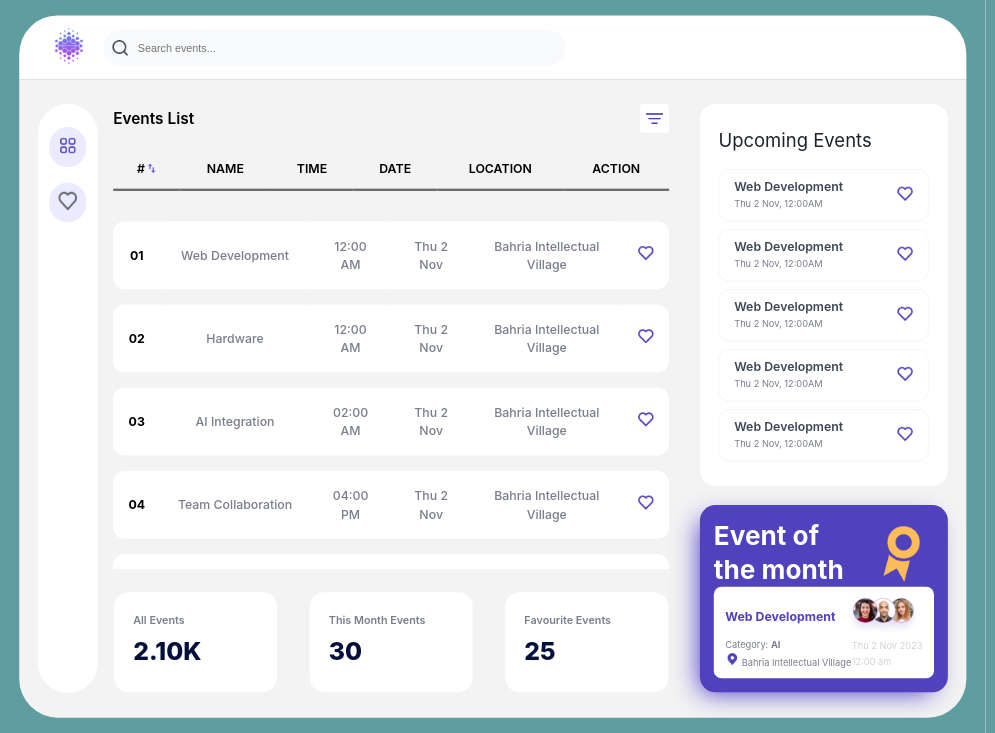
Repository: ahmadunitedsol710/react-dashboard
Page: /, after clicking the first element matching `tr.body_row`
An editor plug-in stored every save of this project. The page is shown before and after a run of saves, followed by the edit.
The browser window is 1280 px wide. The page is 1280 px wide, then 1292 px, so the pictures cover 1292 px, including what lies to the right of the window. The pictures show the whole page, at 77% of full size.
An inner scrolling area shows only its first screen. The project was rebuilt for these pictures with package versions that can differ from the ones it lists, and the page was loaded fresh each time.

Above is the page before, as saved 2024-08-01 16:57:54.

### src/App.js
// import {BrowserRouter as Router, Routes, Route} from 'react-router-dom';
import Header from './Components/Header/index';
import Events from './Components/Body/Events';
import './App.css';

function App() {
  return (
    <div className="App container">
    {/* <Router>
      <Routes>
          <Route path="/" exact element={<Header/>}/>
      </Routes>
    </Router> */}
    <Header/>
    <Events/>
    </div>
  );
}

export default App;

### src/Components/Header/index.js
import '../../App.css';
import logo from '../../Images/logo.png'

const Index = () => {

    return (
        <>
            <div className="header">
                <div className="logo">
                    <img src={logo} alt="logo" />
                </div>
                <div className="search_box">
                    <input type="search"  name="search" placeholder='Search events...' className='srch'/>
                </div>
            </div>
        </>
    )
}

export default Index;

### src/Components/Body/Events.js
import '../../App.css';
import Sidebar from './Sidebar';
import List from './Eventlist';
import Upcommingevent from './Upcomingevent';
import Monthlyevent from './Monthlyevent'
import { useEffect, useState } from 'react';

const Events = () => {
    const [showfav, setshowfav] = useState(false)
    const tabledata = [
        {id:"01",name:"Web Development",time:'12:00 AM',date:"Thu 2 Nov",location:"Bahria Intellectual Village"},

        {id:"02",name:"Hardware",time:'12:00 AM',date:"Thu 2 Nov",location:"Bahria Intellectual Village"},

        {id:"03",name:"AI Integration",time:'02:00 AM',date:"Thu 2 Nov",location:"Bahria Intellectual Village"},

        {id:"04",name:"Team Collaboration",time:'04:00 PM',date:"Thu 2 Nov",location:"Bahria Intellectual Village"},

        {id:"05",name:"Front End Development",time:'06:00 PM',date:"Thu 2 Nov",location:"Bahria Intellectual Village"},

        {id:"06",name:"Front End Development",time:'06:00 PM',date:"Thu 2 Nov",location:"Bahria Intellectual Village"},

        {id:"07",name:"Front End Development",time:'06:00 PM',date:"Thu 2 Nov",location:"Bahria Intellectual Village"},

        {id:"08",name:"Front End Development",time:'06:00 PM',date:"Thu 2 Nov",location:"Bahria Intellectual Village"}
   ]

   const [storedData, setStoredData] = useState([])
   useEffect(()=>{
    setStoredData(localStorage.getItem("favourite") ? JSON.parse([localStorage.getItem("favourite")]) : [])
   }, [])

   const eventdata = [
    {id:1, name:"Web Development",date_time:'Thu 2 Nov, 12:00AM'},
    {id:2, name:"Web Development",date_time:'Thu 2 Nov, 12:00AM'},
    {id:3, name:"Web Development",date_time:'Thu 2 Nov, 12:00AM'},
    {id:4, name:"Web Development",date_time:'Thu 2 Nov, 12:00AM'},
    {id:5, name:"Web Development",date_time:'Thu 2 Nov, 12:00AM'},
    {id:6, name:"Web Development",date_time:'Thu 2 Nov, 12:00AM'},
    {id:7, name:"Web Development",date_time:'Thu 2 Nov, 12:00AM'},
    {id:8, name:"Web Development",date_time:'Thu 2 Nov, 12:00AM'},
    {id:9, name:"Web Development",date_time:'Thu 2 Nov, 12:00AM'}
]

   const [storedList, setStoredList] = useState([])
   useEffect(()=>{
    setStoredList(localStorage.getItem("list") ? JSON.parse([localStorage.getItem("list")]) : [])
   }, [])



    return (
        <>
            <div className="events">
                <div className='parent_block'>
                    <Sidebar setshowfav={setshowfav}/>
                    <List showfav={showfav} favdata={storedData} tabledata={tabledata} setStoredData={setStoredData}/>

                     <div className='child_block'>
                        <Upcommingevent showfav={showfav} favdata={storedList} eventdata={eventdata} setStoredList={setStoredList}/>
                        {!showfav && <Monthlyevent/> }
                    </div>

                </div>
            </div>
        </>
    )
}

export default Events;

### src/App.css
body {
  background-color: cadetblue;
}

.container {
  max-width: 1440px;
  margin: 20px auto;
  padding: 0 25px;
  box-sizing: border-box;
}

.App-logo {
  height: 40vmin;
  pointer-events: none;
}

@media (prefers-reduced-motion: no-preference) {
  .App-logo {
    animation: App-logo-spin infinite 20s linear;
  }
}

.App-header {
  background-color: #282c34;
  min-height: 100vh;
  display: flex;
  flex-direction: column;
  align-items: center;
  justify-content: center;
  font-size: calc(10px + 2vmin);
  color: white;
}

.App-link {
  color: #61dafb;
}

@keyframes App-logo-spin {
  from {
    transform: rotate(0deg);
  }
  to {
    transform: rotate(360deg);
  }
}

::-webkit-scrollbar {
  width: 5px;
}

/* Track */
::-webkit-scrollbar-track {
  box-shadow: inset 0 0 5px grey;
  border-radius: 10px;
}

/* Handle */
::-webkit-scrollbar-thumb {
  background: #D9D9D9;
  border-radius: 10px;
}

/* Handle on hover */
::-webkit-scrollbar-thumb:hover {
  background: #6e6e6e;
}


/* Header */
.header { display: flex; justify-content: center; align-items: center; gap: 20px; background-color: #ffffff; padding: 15px 40px; border-radius: 50px 50px 0 0; }

.header .search_box { position: relative; width: 100%; }

.header .search_box .srch { background-image: url(./Images/Search.png); background-repeat: no-repeat; background-color: #F9FAFC; background-position: 10px center; border: none; padding: 13px 45px; width: 600px; border-radius: 50px; font-size: 14px; font-weight: 400; color: #3D4756; line-height: 22px; }


/* Events */
.events { background-color: #f3f3f3; padding: 32px 24px; box-sizing: border-box; border-radius: 0 0 50px 50px; }

.events .parent_block { display: flex; gap: 20px; justify-content: space-between; }

.events .parent_block .child_block { max-width: 380px; width: 100%; }

/* Sidebar */
.sidebar { display: flex; flex-direction: column; background-color: #ffffff; max-width: 80px; padding: 30px 15px; box-sizing: border-box; border-radius: 40px; }

.image { background-color: #ECEAFF; margin-bottom: 20px; border-radius: 25px; }

.sidebar_img { width: 24px; height: 24px; padding: 12px; }

/* Event list */
.event_details { /*max-width: 850px; */ width: calc(100% - 460px); }

.event_details .evenlist .main { display: flex; justify-content: space-between; align-items: center; }

.event_details .evenlist .main .heading { font-size: 20px; font-weight: 600; line-height: 30px; margin: 0; }

.event_details .evenlist .main .filter { background-color: #ffffff; padding: 5px; border-radius: 5px; box-sizing: border-box; }

table { border-collapse: separate; border-spacing: 0 20px;  width: 100%}

.tbody_container { overflow-y: auto; max-height: 470px; }

th { text-align: center; font-size: 16px; font-weight: 600; line-height: 22px; padding: 15px 20px; box-sizing: border-box; border-bottom: 3px solid #6a6a6a; }

.index { font-size: 16px; font-weight: bolder; line-height: 24px; }

.body_row td { background-color: #ffffff; padding: 20px; text-align: center; }

.body_row td:first-child { border-radius: 15px 0 0 15px; }

.body_row td:last-child { border-radius: 0 15px 15px 0; }

.body_row .details { font-size: 16px; font-weight: 500; line-height: 24px; color: #797d8c; }

.cards { display: flex; align-items: center; gap: 40px; margin-top: 30px; }

.cards .all_events, .cards .this_month, .cards .fav_events { background-color: #ffffff; border-radius: 20px; border: 1px solid #f3f3f3; width: 260px; padding: 25px 25px 33px; box-sizing: border-box; }

.cards .text { color: #797d8c; font-size: 14px; font-weight: 600; line-height: 22px; margin: 0; }

.cards .title { font-size: 32px; line-height: 40px; font-weight: 800; margin: 10px 0 0; color: #04103b; }



/* Upcoming events */
.upcomingevents { background-color: #ffffff; border-radius: 20px; padding: 32px 24px; box-sizing: border-box; }

.upcomingevents .title { font-size: 24px; line-height: 32px; font-weight: 400; color: #1e232a; margin: 0 0 20px; }

.upcomingevents .events_list { margin: 0; padding: 0; height: 380px; overflow-y: auto; }

.upcomingevents .events_list .event { border: 1px solid #f3f3f3; list-style-type: none; border-radius: 15px; padding: 10px 20px; display: flex; align-items: center; justify-content: space-between; margin-bottom: 10px; }

.upcomingevents .events_list .event:last-child { margin-bottom: 0; }

.upcomingevents .events_list .event .event_title { font-size: 16px; font-weight: 600; line-height: 22px; color: #3d4756; margin: 0; }

.upcomingevents .events_list .event .event_date_time { font-size: 12px; font-weight: 400; line-height: 24px; color: #797D8C; margin: 0; }


/* Monthly event */
.monthly_event { background-color: #5041bc; color: #ffffff; padding: 18px; box-sizing: border-box; border-radius: 20px; margin-top: 25px; box-shadow: -10px 10px 33px -10px #4533C9; }

.monthly_event .upper_part { display: flex; justify-content: space-between; align-items: center; }

.monthly_event .upper_part .heading { max-width: 180px; margin: 0; font-size: 34px; font-weight: 700; line-height: 44px; }

.bottom_part { background-color: #ffffff; color: #5041BC; border-radius: 10px; padding: 10px 15px; }

.bottom_part .first_row, .bottom_part .second_row { display: flex; justify-content: space-between; align-items: center; }

.bottom_part .first_row .course_title { margin: 0; font-size: 16px; font-weight: 700; line-height: 26px; }

.bottom_part .second_row { font-size: 12px; font-weight: 400; line-height: 20px; }

.bottom_part .second_row .cat_loc { color: #797D8C; }

.bottom_part .second_row .date_time { color: #D2D2D2; }

### src/Components/Body/Sidebar.js
import '../../App.css';
import grid from '../../Images/grid.png';
import favourite from '../../Images/fav.png'

const sidebar = ({setshowfav}) => {

    return (
        <>
            <div className="sidebar">
                <div className="image">
                    <img src={grid} alt="grid" className='sidebar_img' onClick={()=>setshowfav(false)}/>
                </div>
                <div className="image">
                    <img src={favourite} alt="favourite" className='sidebar_img' onClick={()=>setshowfav(true)}/>
                </div>
            </div>
        </>
    )
}

export default sidebar;

### src/Components/Body/Eventlist.js
import '../../App.css';
import swap from '../../Images/swap.png';
import emptyfav from '../../Images/empty_fav.png'
import fillfav from '../../Images/fill_fav.png'
import filter from '../../Images/filter.png'
import { useEffect, useState } from 'react';
import Detailpopup from './Detailpopup';

const Eventlist = ({showfav, favdata, tabledata, setStoredData}) => {
    const [showModal, setShowModal] = useState(false)


    const add_fav = (data) => {
        const isFav = favdata.some(favitem => favitem.id === data.id)

        if (isFav) {
            // setStoredData(favdata.filter(favitem => favitem.id !== data.id));
            const updatedFavData = favdata.filter(favItem => favItem.id !== data.id);
            setStoredData(updatedFavData);
            localStorage.setItem("favourite", JSON.stringify(updatedFavData))

            console.log("else 1")
        }
        else {
            const updatedFavData = [...favdata, data];
            setStoredData(updatedFavData);
            localStorage.setItem("favourite", JSON.stringify(updatedFavData))
            console.log("else 2")
        }
    };

       const all_events = {text:"All Events", title:"2.10K"}
       const this_month = {text:"This Month Events", title:"30"}
       const fav_events = {text:"Favourite Events", title:"25"}
    return (
        <>
            <div className="event_details">
                <div className="evenlist">
                    <div className="main">
                        <h2 className='heading'>Events List</h2>
                        <img src={filter} alt="filter" className='filter' />
                    </div>
                    <div className="table_data">
                        <table className="table">
                            <thead className='table_head'>
                                <tr>
                                    <th># <img src={swap} alt="swap" /> </th>
                                    <th>NAME</th>
                                    <th>TIME</th>
                                    <th>DATE</th>
                                    <th>LOCATION</th>
                                    <th>ACTION</th>
                                </tr>
                            </thead>
                        </table>
                        <div className="tbody_container">
                            <table>
                                <tbody>
                                    {!showfav ? tabledata.map((data)=>(
                                        <tr className='body_row' key={data.id} onClick={()=>setShowModal(true)}>
                                        <td className='index' data-label="index">{data?.id}</td>
                                        <td className='details' data-label="name">{data?.name}</td>
                                        <td className='details' data-label="time">{data?.time}</td>
                                        <td className='details' data-label="date">{data?.date}</td>
                                        <td className='details' data-label="location">{data?.location}</td>
                                        <td className='details' data-label="location"> <img src={favdata.some(favitem => favitem.id === data.id) ? fillfav : emptyfav} alt="favourite"
                                        onClick={()=>add_fav(data)}/></td>
                                    </tr>)) :
                                    favdata.map((data)=>(
                                        <tr className='body_row' key={data.id} onClick={()=>setShowModal(true)}>
                                        <td className='index' data-label="index">{data?.id}</td>
                                        <td className='details' data-label="name">{data?.name}</td>
                                        <td className='details' data-label="time">{data?.time}</td>
                                        <td className='details' data-label="date">{data?.date}</td>
                                        <td className='details' data-label="location">{data?.location}</td>
                                        <td className='details' data-label="location"> <img src={favdata.some(favitem=>favitem.id === data.id) ? fillfav : emptyfav} alt="favourite"
                                        onClick={()=>add_fav(data)}/></td>
                                    </tr>
                                    ))}
                                </tbody>
                            </table>
                        </div>
                    </div>
                </div>

             {!showfav &&   <div className="cards">
                    <div className="all_events">
                        <p className='text'>{all_events.text}</p>
                        <h2 className='title'>{all_events.title}</h2>
                    </div>
                    <div className="this_month">
                        <p className='text'>{this_month.text}</p>
                        <h2 className='title'>{this_month.title}</h2>
                    </div>
                    <div className="fav_events">
                        <p className='text'>{fav_events.text}</p>
                        <h2 className='title'>{fav_events.title}</h2>
                    </div>
                </div>}
            </div>
            {showModal && <Detailpopup/>}
        </>
    )
}

export default Eventlist;

### src/Components/Body/Upcomingevent.js
import emptyfav from '../../Images/empty_fav.png'
import fillfav from '../../Images/fill_fav.png'

const Upcommingevent = ({showfav, eventdata, setStoredList, favdata}) => {

    const add_fav = (list) => {
        const isFav = favdata.some(favitem => favitem.id === list.id)

        if (isFav) {
            const updatedFavData = favdata.filter(favItem => favItem.id !== list.id);
            setStoredList(updatedFavData);
            localStorage.setItem("list", JSON.stringify(updatedFavData))
            console.log("else 1")
        }
        else {
            const updatedFavData = [...favdata, list];
            setStoredList(updatedFavData);
            localStorage.setItem("list", JSON.stringify(updatedFavData))
            console.log("else 2")
        }
    };

    return (
        <>  {/* add multiple tags when use empty tags */}
            <div className="upcomingevents">
                <h2 className="title">Upcoming Events</h2>

                <ul className="events_list">
                    {!showfav ? eventdata.map((list) => (
                        <li className="event" key={list.id}>
                            <div className="title_date_time">
                                <p className="event_title">{list.name}</p>
                                <p className="event_date_time">{list.date_time}</p>
                            </div>
                            <div>
                                <img src={favdata.some(favitem => favitem.id === list.id) ? fillfav : emptyfav} alt="emptyfav"
                                onClick={()=>add_fav(list)}/>
                            </div>
                        </li>
                    )) :
                    favdata.map((list) => (
                        <li className="event" key={list.id}>
                            <div className="title_date_time">
                                <p className="event_title">{list.name}</p>
                                <p className="event_date_time">{list.date_time}</p>
                            </div>
                            <div>
                                <img src={favdata.some(favitem => favitem.id === list.id) ? fillfav : emptyfav} alt="emptyfav"
                                onClick={()=>add_fav(list)}/>
                            </div>
                        </li>
                    ))}
                </ul>
            </div>
        </>
    )

}

export default Upcommingevent;

### src/Components/Body/Monthlyevent.js
import loc from '../../Images/location.png'
import teacher_img from '../../Images/user.png'
import pin from '../../Images/pin.png'


const MonthlyEvent = () => {
    const course_details = {name:"Web Development", image:teacher_img, category:"AI", location:"Bahria Intellectual Village", date:"Thu 2 Nov 2023", time:"12:00 am" }
    return (
        <>
        <div className="monthly_event">
            <div className="upper_part">
                <h1 className="heading">Event of the month</h1>
                <img src={loc} alt="location" />
            </div>

            <div className="bottom_part">
                <div className="first_row">
                    <h3 className='course_title'>{course_details.name}</h3>
                    <img src={course_details.image} alt="teachers" />
                </div>
                <div className="second_row">
                    <div className="cat_loc">
                        <div>Category: <strong>{course_details.category}</strong></div>
                        <div> <img src={pin} alt="pin" />  {course_details.location}</div>
                    </div>
                    <div className="date_time">
                        <div className="date">{course_details.date}</div>
                        <div className="time">{course_details.time}</div>
                    </div>
                </div>
            </div>
        </div>
        </>
    )
}


export default MonthlyEvent;

### src/Components/Body/Detailpopup.js

import pin from '../../Images/pin.png'

const Detailpopup = () => {
    return (
        <>
        <div className="detailpopup">

        </div>
        </>
    )
}

export default Detailpopup;

Loaded but not shown: public/index.html (common file); src/index.js (common file); src/index.css (common file); src/reportWebVitals.js (common file)

After the next 2 saves:
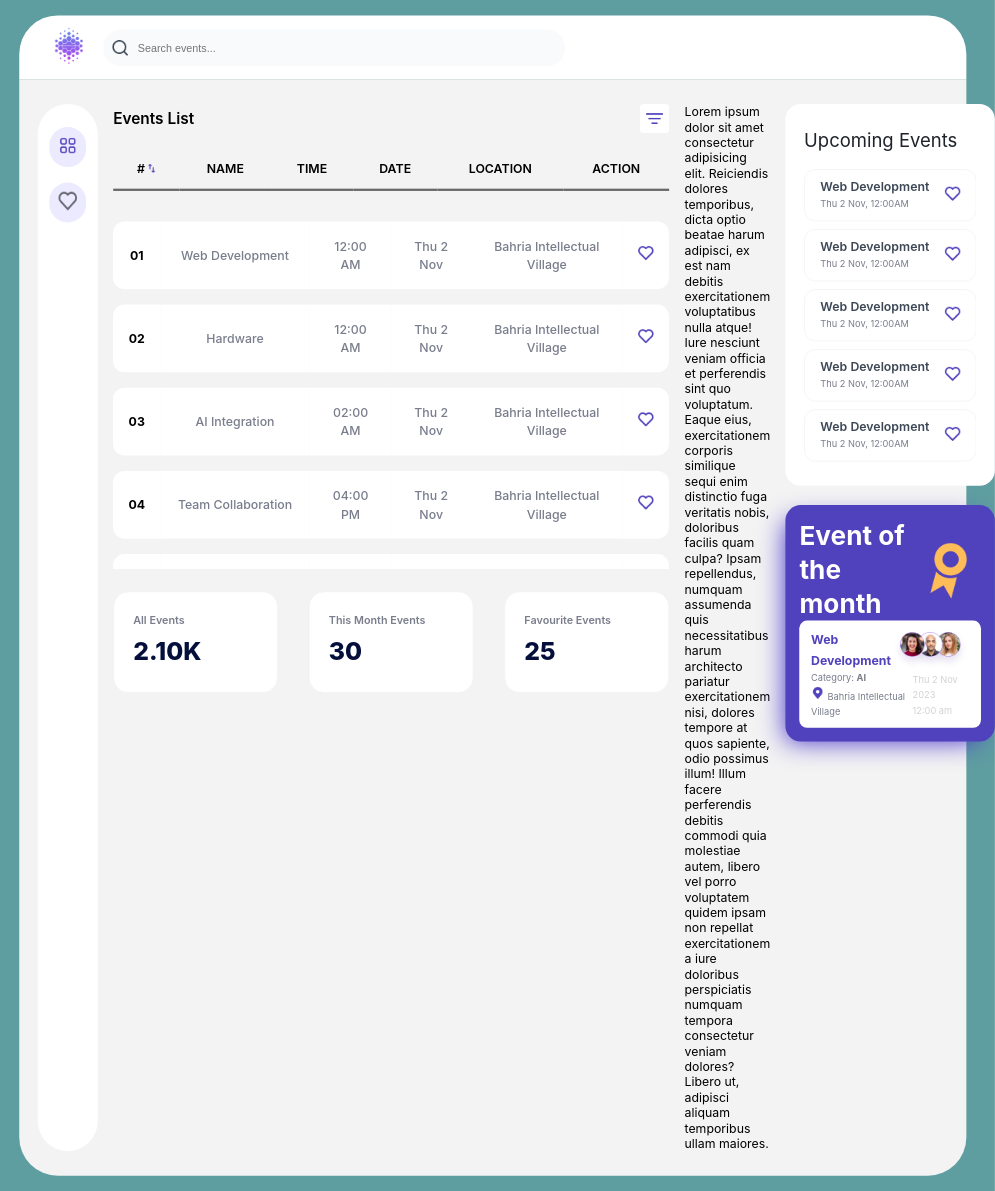
The 2 saves are shown as one change because they came seconds apart.
The last was saved 5 s later.
--- a/src/Components/Body/Detailpopup.js
+++ b/src/Components/Body/Detailpopup.js
@@ -5,6 +5,7 @@ const Detailpopup = () => {
     return (
         <>
         <div className="detailpopup">
+            Lorem ipsum dolor sit amet consectetur adipisicing elit. Reiciendis dolores temporibus, dicta optio beatae harum adipisci, ex est nam debitis exercitationem voluptatibus nulla atque! Iure nesciunt veniam officia et perferendis sint quo voluptatum. Eaque eius, exercitationem corporis similique sequi enim distinctio fuga veritatis nobis, doloribus facilis quam culpa? Ipsam repellendus, numquam assumenda quis necessitatibus harum architecto pariatur exercitationem nisi, dolores tempore at quos sapiente, odio possimus illum! Illum facere perferendis debitis commodi quia molestiae autem, libero vel porro voluptatem quidem ipsam non repellat exercitationem a iure doloribus perspiciatis numquam tempora consectetur veniam dolores? Libero ut, adipisci aliquam temporibus ullam maiores.
 
         </div>
         </>
